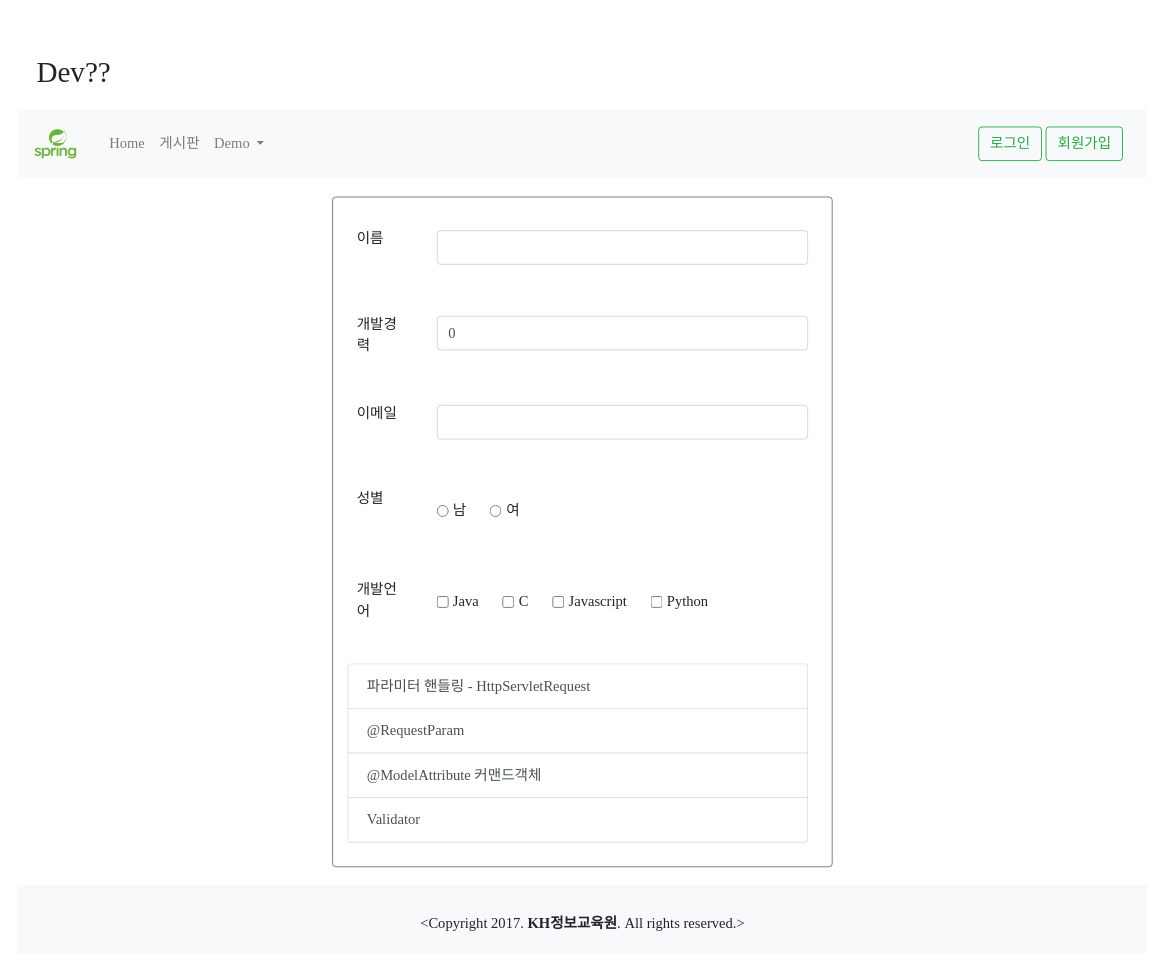
Repository: jsungl/SPRING-WORKSPACE
Page: http://localhost/hello-spring/WEB-INF/views/demo/devForm.jsp
The author's editor kept a copy of each file at every save. The page is drawn from the files as they stood at one save, then again after the next save.
The browser window is 1280 px wide. The pictures show the whole page, at 91% of full size.
The page is served by Tomcat 9. Nobody is signed in. Other server files are loaded and not shown. The template is opened directly, without the code that normally fills it, so the values that code supplies are empty.

Above is the page before, as saved 2021-05-18 07:57:50.

### hello-spring/src/main/webapp/WEB-INF/views/demo/devForm.jsp
<%@ page language="java" contentType="text/html; charset=UTF-8"
    pageEncoding="UTF-8"%>
<%@ taglib prefix="c" uri="http://java.sun.com/jsp/jstl/core"%>
<%@ taglib prefix="fmt" uri="http://java.sun.com/jsp/jstl/fmt"%>
<%@ taglib prefix="fn" uri="http://java.sun.com/jsp/jstl/functions"%>
<jsp:include page="/WEB-INF/views/common/header.jsp">
	<jsp:param value="Dev등록" name="title"/>
</jsp:include>
<style>
div#demo-container{
	width:550px;
}
</style>

<div id="demo-container"
	 class="border border-secondary mx-auto p-3 rounded">
	<!-- https://getbootstrap.com/docs/4.1/components/forms/#readonly-plain-text -->
	<form id="devFrm">
		<div class="form-group row">
		  <label for="name" class="col-sm-2 col-form-label">이름</label>
		  <div class="col-sm-10">
		    <input type="text" class="form-control" id="name" name="name" required>
		  </div>
		</div>
		<div class="form-group row">
		  <label for="career" class="col-sm-2 col-form-label">개발경력</label>
		  <div class="col-sm-10">
		    <input type="number" class="form-control" id="career" name="career" value="0" required>
		  </div>
		</div>
		<div class="form-group row">
		  <label for="email" class="col-sm-2 col-form-label">이메일</label>
		  <div class="col-sm-10">
		    <input type="email" class="form-control" id="email" name="email" required>
		  </div>
		</div>
	  	<!-- https://getbootstrap.com/docs/4.1/components/forms/#inline -->
	    <div class="form-group row">
	    	<label class="col-sm-2 col-form-label">성별</label>
	    	<div class="col-sm-10">
			    <div class="form-check form-check-inline">
				  <input class="form-check-input" type="radio" name="gender" id="gender0" value="M">
				  <label class="form-check-label" for="gender0">남</label>
				</div>
				<div class="form-check form-check-inline">
				  <input class="form-check-input" type="radio" name="gender" id="gender1" value="F">
				  <label class="form-check-label" for="gender1">여</label>
				</div>
			</div>
		</div>
		<div class="form-group row">
			<label class="col-sm-2 col-form-label">개발언어</label>
			<div class="col-sm-10">
				<div class="form-check form-check-inline">
				  <input class="form-check-input" type="checkbox" name="lang" id="Java" value="Java">
				  <label class="form-check-label" for="Java">Java</label>
				</div>
				<div class="form-check form-check-inline">
				  <input class="form-check-input" type="checkbox" name="lang" id="C" value="C">
				  <label class="form-check-label" for="C">C</label>
				</div>
				<div class="form-check form-check-inline">
				  <input class="form-check-input" type="checkbox" name="lang" id="Javascript" value="Javascript">
				  <label class="form-check-label" for="Javascript">Javascript</label>
				</div>
				<div class="form-check form-check-inline">
				  <input class="form-check-input" type="checkbox" name="lang" id="Python" value="Python">
				  <label class="form-check-label" for="Python">Python</label>
				</div>
			</div>
		</div>
	</form>
	<!-- 전송버튼  -->
	<div class="list-group">
	  <button type="button" onclick="submitDev('dev1');" class="list-group-item list-group-item-action">파라미터 핸들링 - HttpServletRequest</button>
	  <button type="button" onclick="submitDev('dev2');" class="list-group-item list-group-item-action">@RequestParam</button>
	  <button type="button" onclick="submitDev('dev3');" class="list-group-item list-group-item-action">@ModelAttribute 커맨드객체</button>
	  <button type="button" onclick="submitDev('dev4');" class="list-group-item list-group-item-action">Validator</button>
	</div>
</div>
<script>
function submitDev(id){

	var $devFrm = $("#devFrm");
	$devFrm.attr("action",`${pageContext.request.contextPath}/demo/\${id}.do`)
		   .attr("method","POST")
		   .submit();
}
</script>
<jsp:include page="/WEB-INF/views/common/footer.jsp"/>

### hello-spring/src/main/webapp/WEB-INF/views/common/header.jsp
<%@ page language="java" contentType="text/html; charset=UTF-8"
    pageEncoding="UTF-8"%>
<%@ taglib prefix="c" uri="http://java.sun.com/jsp/jstl/core"%>
<%@ taglib prefix="fmt" uri="http://java.sun.com/jsp/jstl/fmt"%>
<%@ taglib prefix="fn" uri="http://java.sun.com/jsp/jstl/functions"%>
<!DOCTYPE html>
<html>
<head>
<meta charset="UTF-8">
<title>${param.title}</title>

<script src="http://code.jquery.com/jquery-latest.min.js"></script>

<!-- bootstrap js: jquery load 이후에 작성할것.-->
<script src="https://cdnjs.cloudflare.com/ajax/libs/popper.js/1.14.3/umd/popper.min.js" integrity="sha384-ZMP7rVo3mIykV+2+9J3UJ46jBk0WLaUAdn689aCwoqbBJiSnjAK/l8WvCWPIPm49" crossorigin="anonymous"></script>
<script src="https://stackpath.bootstrapcdn.com/bootstrap/4.1.3/js/bootstrap.min.js" integrity="sha384-ChfqqxuZUCnJSK3+MXmPNIyE6ZbWh2IMqE241rYiqJxyMiZ6OW/JmZQ5stwEULTy" crossorigin="anonymous"></script>

<!-- bootstrap css -->
<link rel="stylesheet" href="https://stackpath.bootstrapcdn.com/bootstrap/4.1.0/css/bootstrap.min.css" integrity="sha384-9gVQ4dYFwwWSjIDZnLEWnxCjeSWFphJiwGPXr1jddIhOegiu1FwO5qRGvFXOdJZ4" crossorigin="anonymous">

<!-- 사용자작성 css -->
<link rel="stylesheet" href="${pageContext.request.contextPath }/resources/css/style.css" />

</head>
<body>
<div id="container">
	<header>
		<div id="header-container">
			<h2>${param.title}</h2>
		</div>
		<!-- https://getbootstrap.com/docs/4.0/components/navbar/ -->
		<nav class="navbar navbar-expand-lg navbar-light bg-light">
			<a class="navbar-brand" href="#">
				<img src="${pageContext.request.contextPath }/resources/images/logo-spring.png" alt="스프링로고" width="50px" />
			</a>
			<button class="navbar-toggler" type="button" data-toggle="collapse" data-target="#navbarNav" aria-controls="navbarNav" aria-expanded="false" aria-label="Toggle navigation">
				<span class="navbar-toggler-icon"></span>
		  	</button>
			<div class="collapse navbar-collapse" id="navbarNav">
				<ul class="navbar-nav mr-auto">
			    	<li class="nav-item"><a class="nav-link" href="${pageContext.request.contextPath}">Home</a></li>
                    <li class="nav-item"><a class="nav-link" href="${pageContext.request.contextPath}/board/boardList.do">게시판</a></li>
                    <!-- 데모메뉴 DropDown -->
                    <!--https://getbootstrap.com/docs/4.1/components/navbar/#supported-content-->
                    <li class="nav-item dropdown">
                        <a class="nav-link dropdown-toggle" href="#" id="navbarDropdown" role="button" data-toggle="dropdown" aria-haspopup="true" aria-expanded="false">
                            Demo
                        </a>
                        <div class="dropdown-menu" aria-labelledby="navbarDropdown">
                            <a class="dropdown-item" href="${pageContext.request.contextPath}/demo/devForm.do">Dev 등록</a>
                            <a class="dropdown-item" href="${pageContext.request.contextPath}/demo/devList.do">Dev 목록</a>
                        </div>
				    </li>
			    </ul>
			    <button class="btn btn-outline-success my-2 my-sm-0" type="button" >로그인</button>
                &nbsp;
                <button class="btn btn-outline-success my-2 my-sm-0" type="button">회원가입</button>
			 </div>
		</nav>
	</header>
	<section id="content">

### hello-spring/src/main/webapp/WEB-INF/views/common/footer.jsp
<%@ page language="java" contentType="text/html; charset=UTF-8"
    pageEncoding="UTF-8"%>
</section>
	<footer>
		<p>&lt;Copyright 2017. <strong>KH정보교육원</strong>. All rights reserved.&gt;</p>
	</footer>

</div>
</body>
</html>

### hello-spring/src/main/webapp/resources/css/style.css
@CHARSET "UTF-8";
body {font-family:"휴먼모음T";}
div, section, header, aside, footer {padding:10px;}

/********** 전체컨테이너 **********/
div#container	{}

/********** header **********/
header div#header-container {height:100px;}
header div#header-container h2 	{margin:30px 10px 0px 10px;}


/********** content **********/
section#content		{min-height:600px;}


/********** footer **********/
footer	{background-color:#f8f9fa; background-clip:content-box; clear:both; height:95px; text-align:center;}
footer p 	{margin-top:30px;}

After the next save:
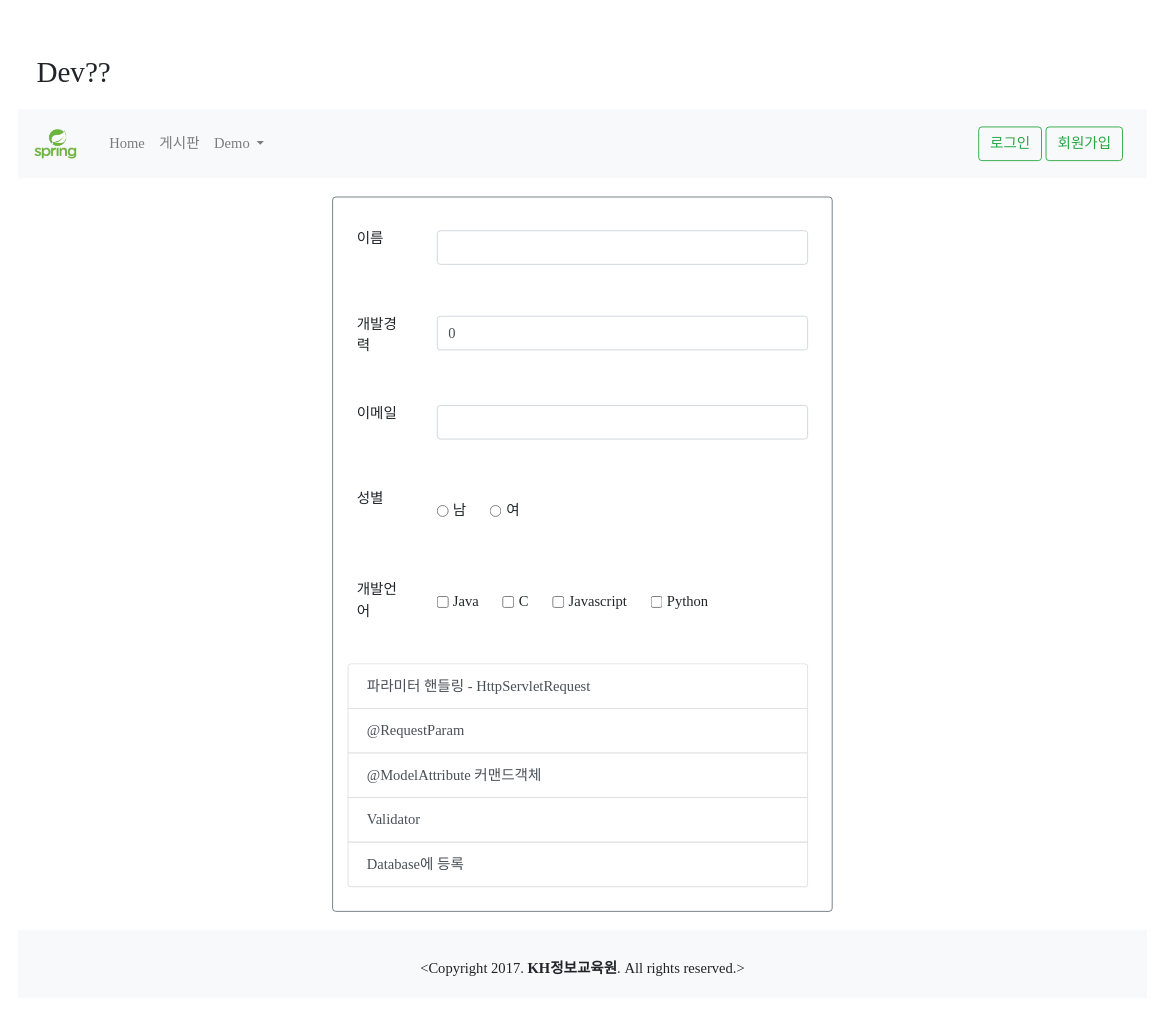
Saved 13 min 19 s later.
--- a/hello-spring/src/main/webapp/WEB-INF/views/demo/devForm.jsp
+++ b/hello-spring/src/main/webapp/WEB-INF/views/demo/devForm.jsp
@@ -76,6 +76,7 @@ div#demo-container{
 	  <button type="button" onclick="submitDev('dev2');" class="list-group-item list-group-item-action">@RequestParam</button>
 	  <button type="button" onclick="submitDev('dev3');" class="list-group-item list-group-item-action">@ModelAttribute 커맨드객체</button>
 	  <button type="button" onclick="submitDev('dev4');" class="list-group-item list-group-item-action">Validator</button>
+	  <button type="button" onclick="submitDev('insertDev');" class="list-group-item list-group-item-action">Database에 등록</button>
 	</div>
 </div>
 <script>
